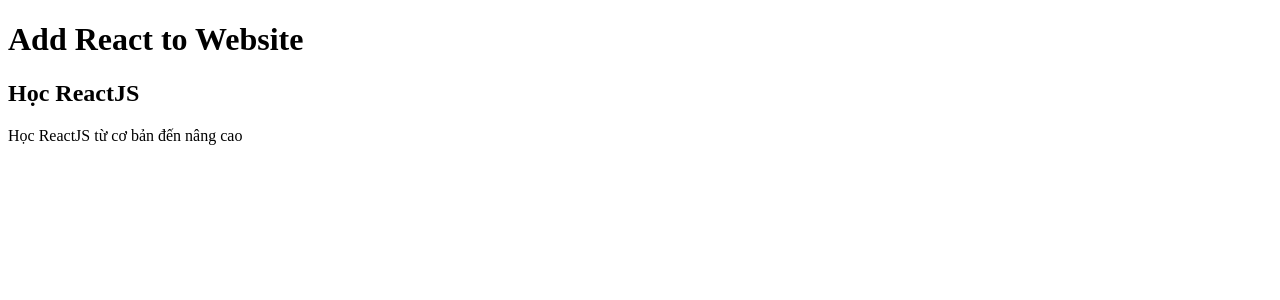
Repository: thuan711/Knowledge-Reacjs
Page: React-Element.html
The author's editor kept a copy of each file at every save. The page is drawn from the files as they stood at one save, then again after the next save.
The browser window is 1280 px wide. The pictures show the whole page.

Above is the page before, as saved 2023-06-09 10:11:26.
Console error (its wording comes from the project's code and is left out).

After the next save:
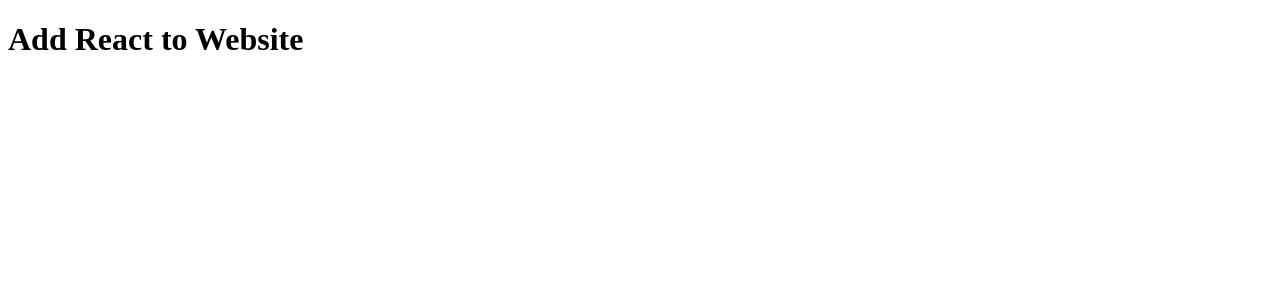
Console error: SyntaxError: Unexpected token '>'
Saved 19 s later.
--- a/React-Element.html
+++ b/React-Element.html
@@ -81,10 +81,10 @@
         // React-DOM -> render UI
         const root = ReactDOM.createRoot(container);
         root.render(ulDOM);
-        const container1 = document.getElementById('root');
+        <!-- const container1 = document.getElementById('root');
         // React-DOM -> render UI
         const root1 = ReactDOM.createRoot(container1);
-        root1.render(divR);
+        root1.render(divR); -->
         //root.render(ulReact);
     </script>
 </body>
